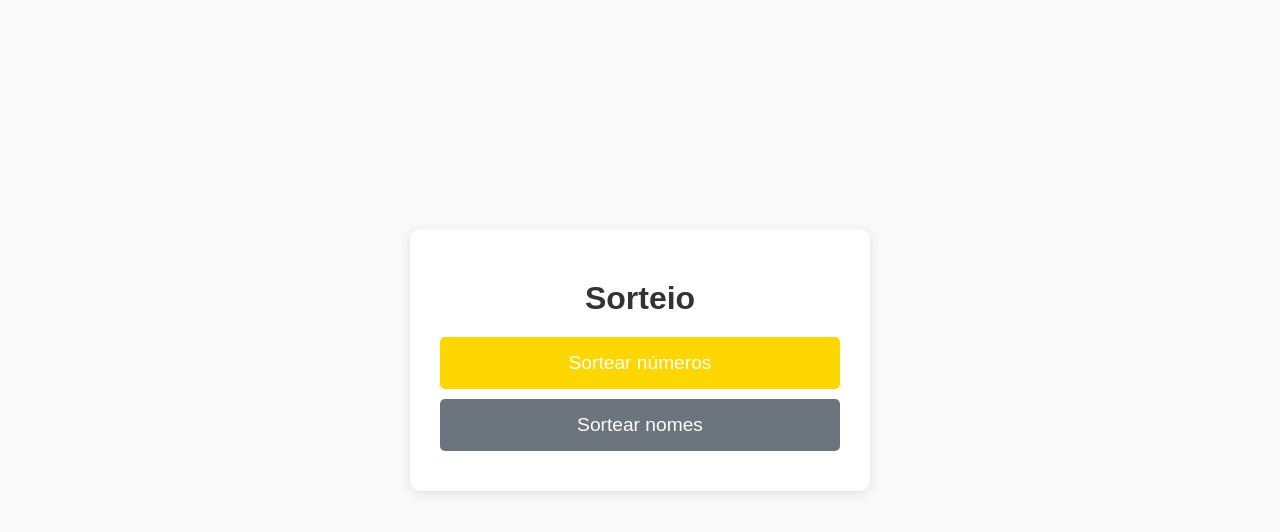
Repository: Matheus904-12/sorte
Page: index.html
These files come from the project's save history. The page is drawn as it stood at one moment and after a run of saves; the edit follows.
The browser window is 1280 px wide. The pictures show the whole page.
The pointer rests on the first visible `.options a`.

Above is the page before, as saved 2023-09-10 19:22:22.

After the next 2 saves:
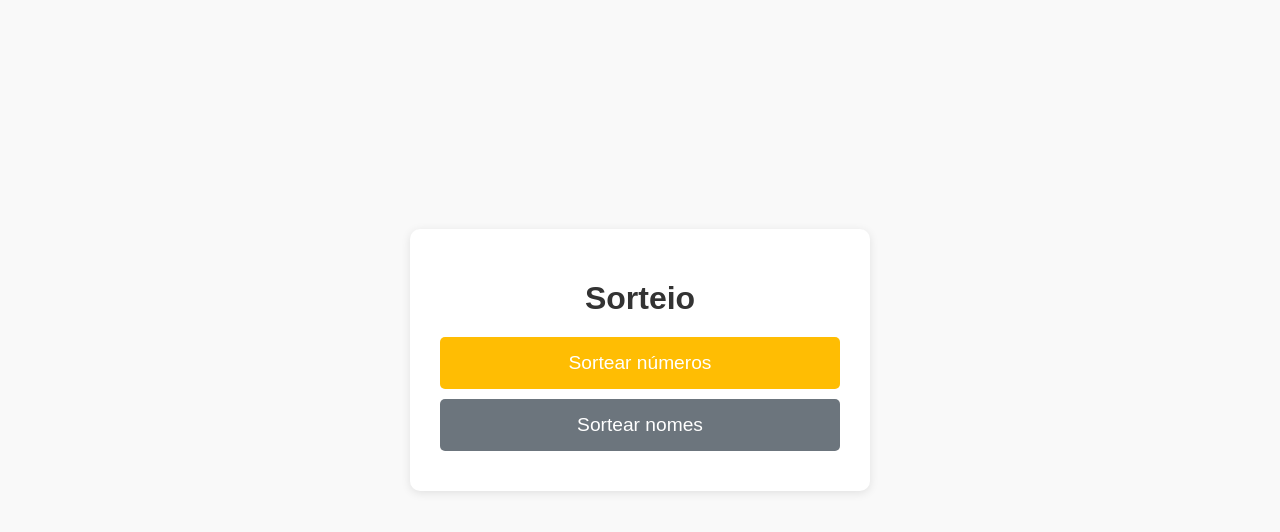
The 2 saves are shown as one change because they came seconds apart.
The last was saved 5 s later.
--- a/style.css
+++ b/style.css
@@ -37,7 +37,7 @@
 }
 
 .options a:hover {
-  background-color: #ffd700;
+  background-color: #ffbd03;
 }
 
 .options a:last-child {

After the save that followed:
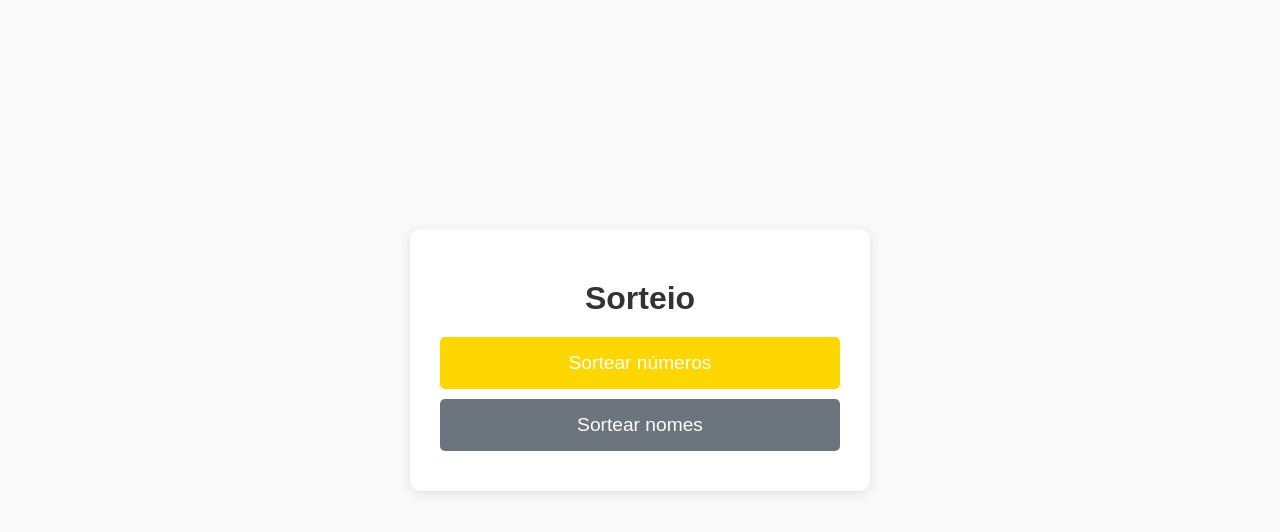
Saved 71 s later.
--- a/style.css
+++ b/style.css
@@ -37,7 +37,7 @@
 }
 
 .options a:hover {
-  background-color: #ffbd03;
+  background-color: ffbb2f;
 }
 
 .options a:last-child {
